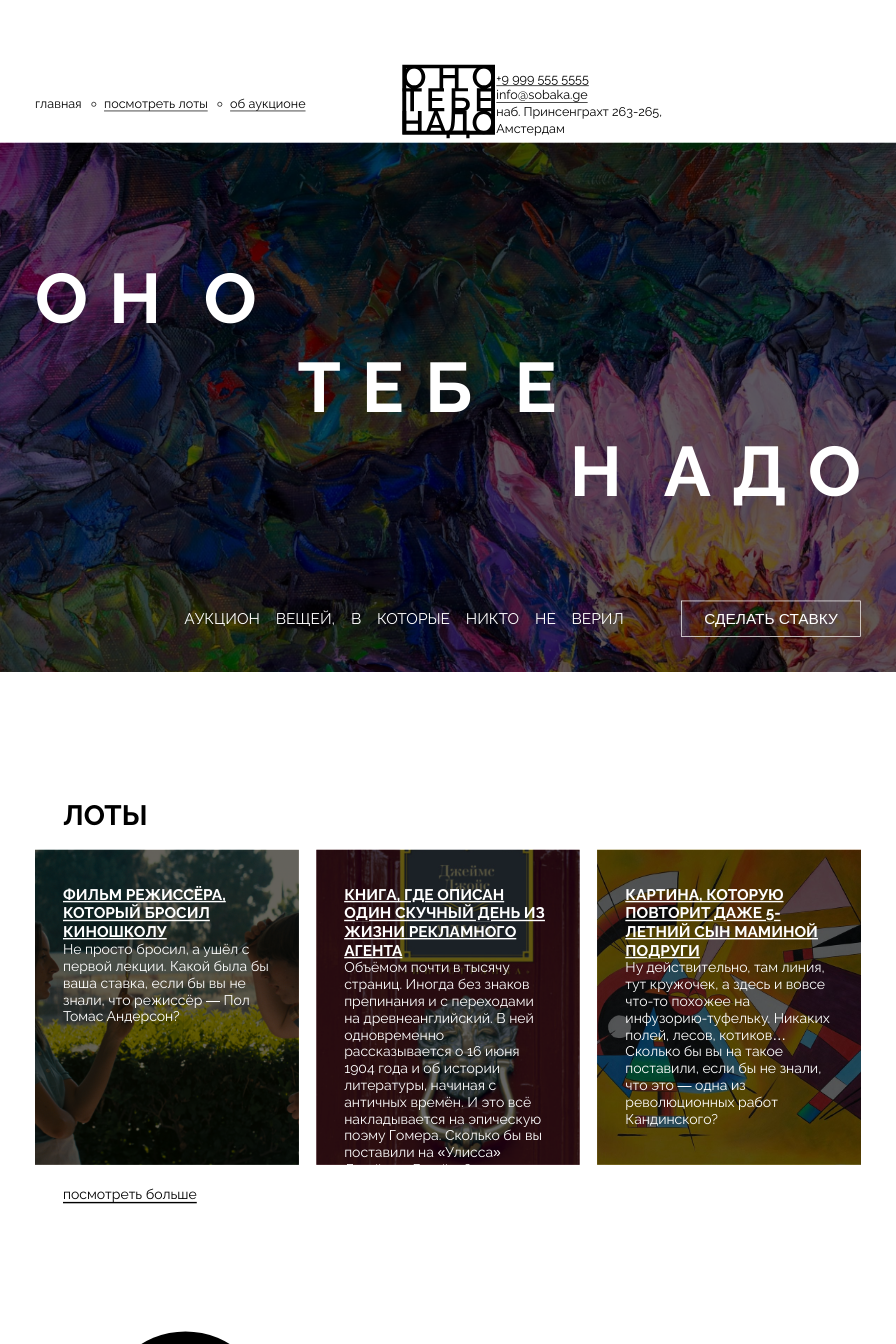
Repository: Hadoooouken/ono-tebe-nado
Page: index.html
These files come from the project's save history. The page is drawn as it stood at one moment and after a run of saves; the edit follows.
The browser window is 1280 px wide. The pictures show the part of the page from y = 0 to 1920 px (the page is 2687 px tall before and 2699 px after), at 70% of full size.

Above is the page before, as saved 2023-11-28 23:51:38.

After the next 8 saves:
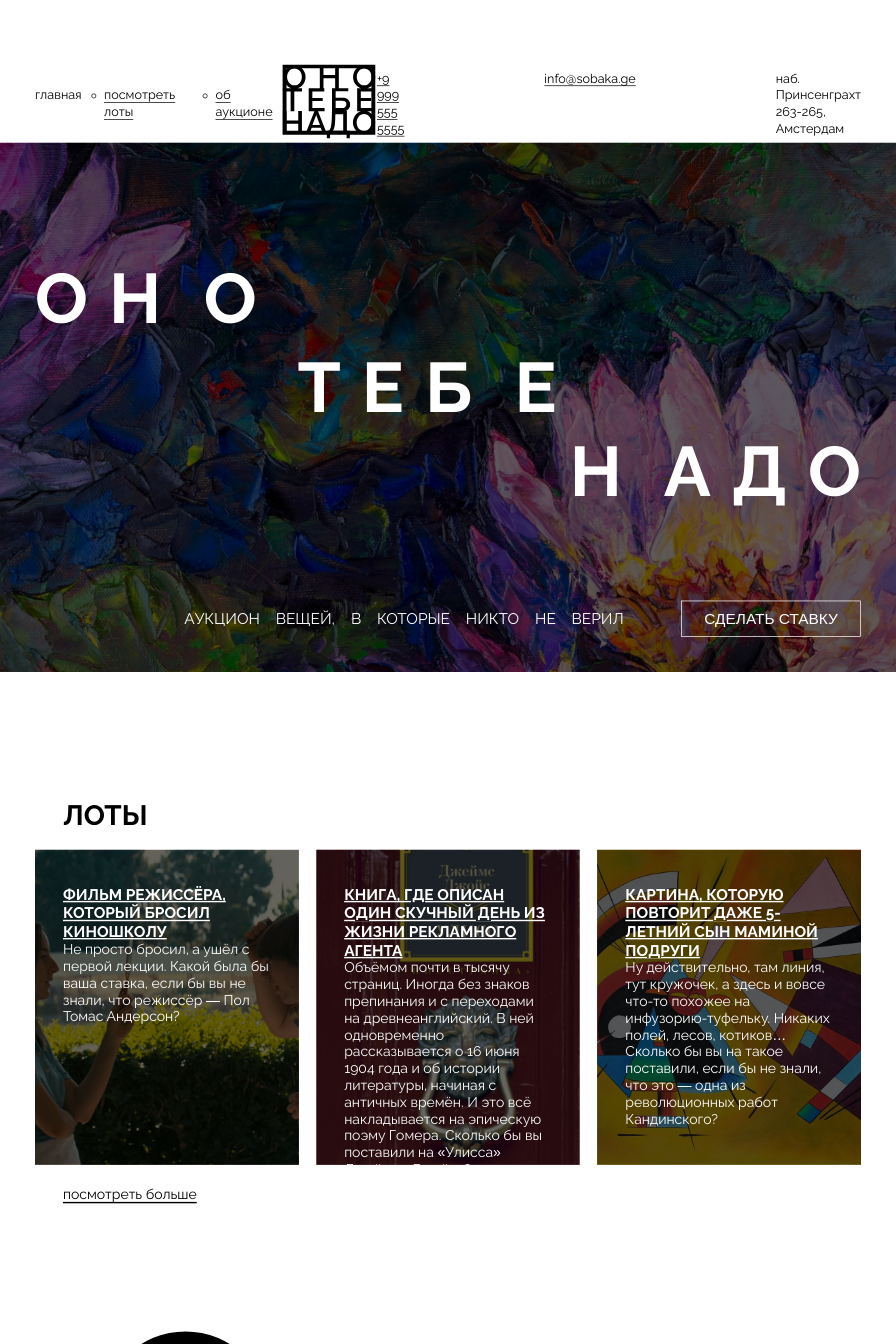
The 8 saves are shown as one change because they came seconds apart.
The last was saved 86 s later.
--- a/styles/style.css
+++ b/styles/style.css
@@ -11,7 +11,8 @@
 
 
 .address {
- display: grid;
+ display: flex;
+ gap: 200px;
 
 }
 
